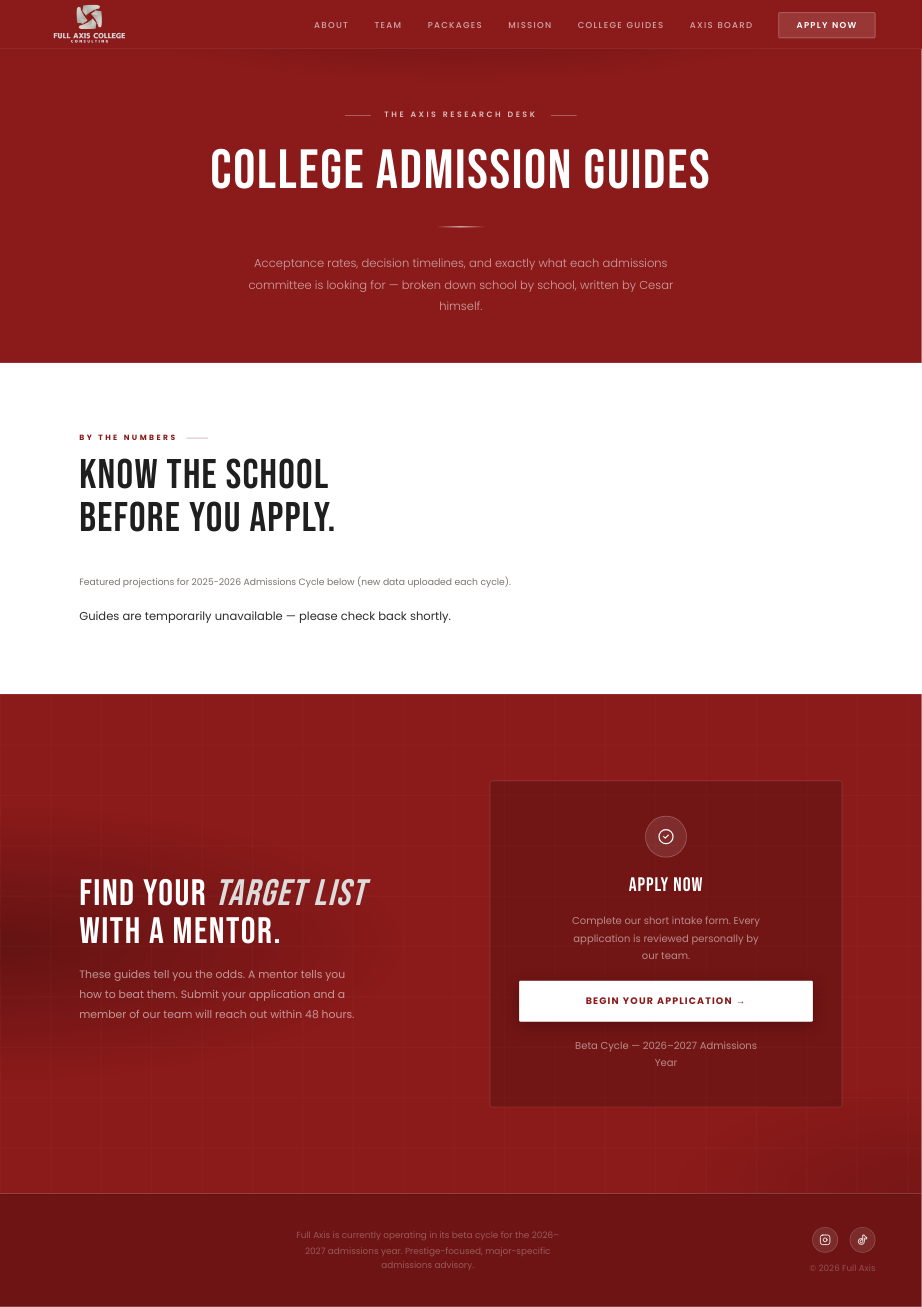
Repository: epeguero8311/cesar
Page: college-guides/index.html
These files come from the project's save history. The page is drawn as it stood at one moment and after the next save; the edit follows.
The browser window is 1280 px wide. The pictures show the whole page, at 72% of full size.

Above is the page before, as saved 2026-07-14 21:21:32.

After the next save:
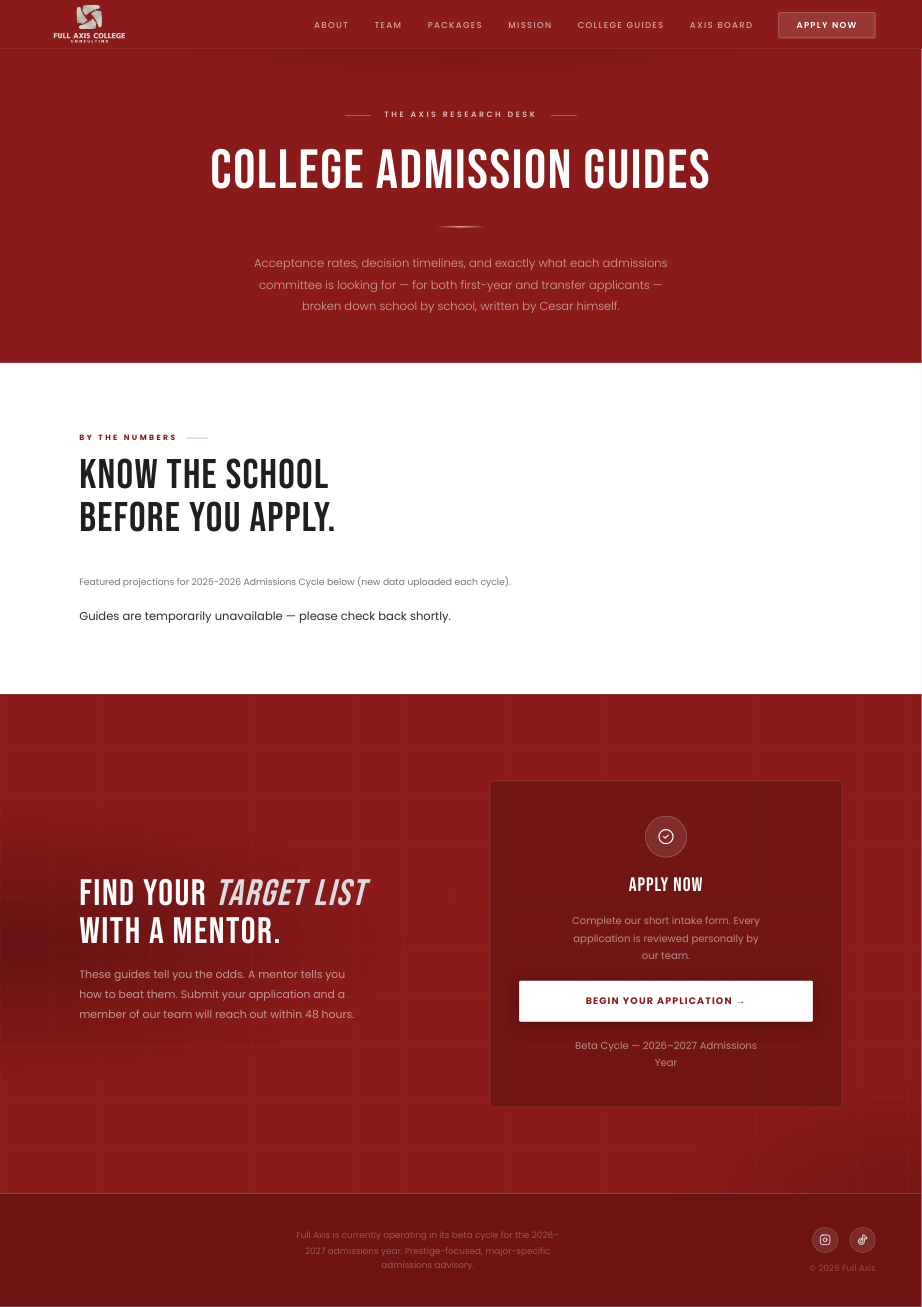
Saved 5 s later.
--- a/college-guides/index.html
+++ b/college-guides/index.html
@@ -34,7 +34,7 @@
     <div class="hero-eyebrow">The Axis Research Desk</div>
     <h1 class="sub-hero-title">College Admission Guides</h1>
     <div class="hero-rule"></div>
-    <p class="sub-hero-sub">Acceptance rates, decision timelines, and exactly what each admissions committee is looking for — broken down school by school, written by Cesar himself.</p>
+    <p class="sub-hero-sub">Acceptance rates, decision timelines, and exactly what each admissions committee is looking for — for both first-year and transfer applicants — broken down school by school, written by Cesar himself.</p>
   </div>
 </section>
 
@@ -101,6 +101,7 @@
 <style>
 .ft-right{display:flex;flex-direction:column;align-items:flex-end;gap:0.75rem}
 @media(max-width:580px){.ft-right{align-items:center}}
+.guide-card .guide-stat-row + .guide-stat-row{margin-top:0.4rem}
 </style>
 
 <script src="../main.js"></script>
@@ -111,21 +112,21 @@
     const res = await fetch('guides-data.json');
     const data = await res.json();
 
-  const cardsHtml = Object.values(data).map(school => `
-    <a href="guide.html?school=${encodeURIComponent(school.slug)}" class="guide-card">
-      <div class="guide-crest">${school.crest}</div>
-      <h3>${school.name}</h3>
-      <div class="guide-stat-row">
-        <div class="guide-stat">First-Year Rate<strong>${school.firstYear.rate}</strong></div>
-        <div class="guide-stat">FY Decision<strong>${school.firstYear.decisionsReleased}</strong></div>
-      </div>
-      <div class="guide-stat-row">
-        <div class="guide-stat">Transfer Rate<strong>${school.transfer.rate}</strong></div>
-        <div class="guide-stat">Transfer Decision<strong>${school.transfer.decisionsReleased}</strong></div>
-      </div>
-      <p>${school.blurb}</p>
-    </a>
-  `).join('');
+    const cardsHtml = Object.values(data).map(school => `
+      <a href="guide.html?school=${encodeURIComponent(school.slug)}" class="guide-card">
+        <div class="guide-crest">${school.crest}</div>
+        <h3>${school.name}</h3>
+        <div class="guide-stat-row">
+          <div class="guide-stat">First-Year Rate<strong>${school.firstYear.rate}</strong></div>
+          <div class="guide-stat">FY Decision<strong>${school.firstYear.decisionsReleased}</strong></div>
+        </div>
+        <div class="guide-stat-row">
+          <div class="guide-stat">Transfer Rate<strong>${school.transfer.rate}</strong></div>
+          <div class="guide-stat">Transfer Decision<strong>${school.transfer.decisionsReleased}</strong></div>
+        </div>
+        <p>${school.blurb}</p>
+      </a>
+    `).join('');
 grid.innerHTML = cardsHtml;
   } catch (err) {
     console.error('Failed to load guides data:', err);
